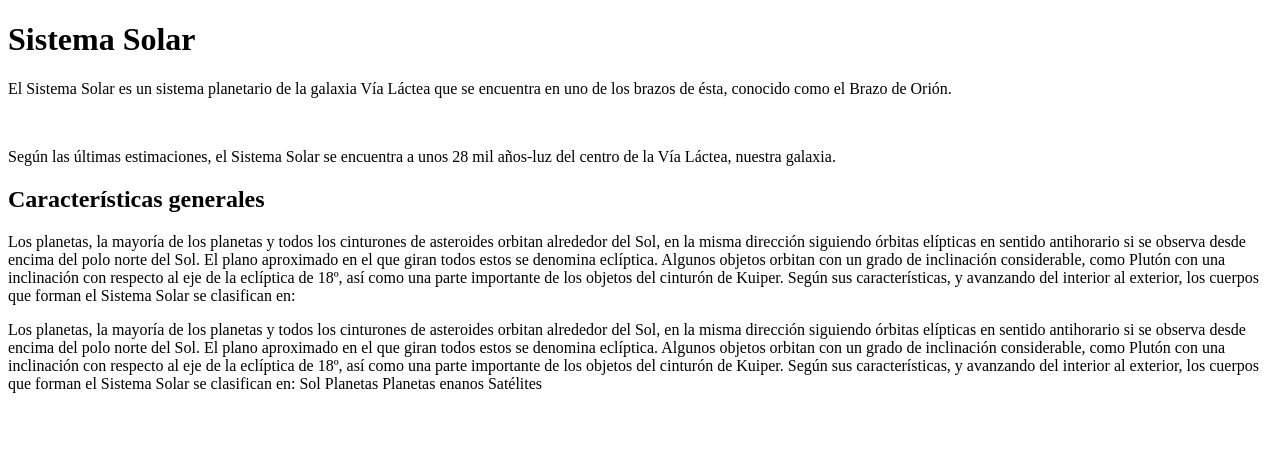
Repository: gustavomanfre/Curso_Front_End_Digitalers
Page: Unidad1/M1 - Laboratorio_02/index.html
An editor plug-in stored every save of this project. The page is shown before and after a run of saves, followed by the edit.
The browser window is 1280 px wide. The pictures show the whole page.

Above is the page before, as saved 2022-05-25 21:00:08.

### Unidad1/M1 - Laboratorio_02/index.html
<!DOCTYPE html>
<html lang="en">
<head>
    <meta charset="UTF-8">
    <meta http-equiv="X-UA-Compatible" content="IE=edge">
    <meta name="viewport" content="width=device-width, initial-scale=1.0">
    <title>Laboratorio2</title>
</head>
<body>
    <header>
        <h1>Sistema Solar</h1>
        <p>El Sistema Solar es un sistema planetario de la galaxia Vía Láctea que se encuentra en uno de los brazos de ésta, conocido como el Brazo de Orión. </p><br>
        <p>Según las últimas estimaciones, el Sistema Solar se encuentra a unos 28 mil años-luz del centro de la Vía Láctea, nuestra galaxia.</p>
    </header>

    <main>
        <h2>Características generales</h2>
        <section>
            <p>
                Los planetas, la mayoría de los planetas y todos los cinturones de asteroides orbitan alrededor del Sol, en la misma dirección
                siguiendo órbitas elípticas en sentido antihorario si se observa desde encima del polo norte del Sol.

                El plano aproximado en el que giran todos estos se denomina eclíptica. Algunos objetos orbitan con un grado de inclinación
                considerable, como Plutón con una inclinación con respecto al eje de la eclíptica de 18º, así como una parte importante de los
                objetos del cinturón de Kuiper. Según sus características, y avanzando del interior al exterior, los cuerpos que forman el Sistema
                Solar se clasifican en:
            </p>
        </section>

    </main>



Los planetas, la mayoría de los planetas y todos los cinturones de asteroides orbitan alrededor del Sol, en la misma dirección
siguiendo órbitas elípticas en sentido antihorario si se observa desde encima del polo norte del Sol.
El plano aproximado en el que giran todos estos se denomina eclíptica. Algunos objetos orbitan con un grado de inclinación
considerable, como Plutón con una inclinación con respecto al eje de la eclíptica de 18º, así como una parte importante de los
objetos del cinturón de Kuiper. Según sus características, y avanzando del interior al exterior, los cuerpos que forman el Sistema
Solar se clasifican en:
Sol
Planetas
Planetas enanos
Satélites


</body>
</html>

After the next 2 saves:
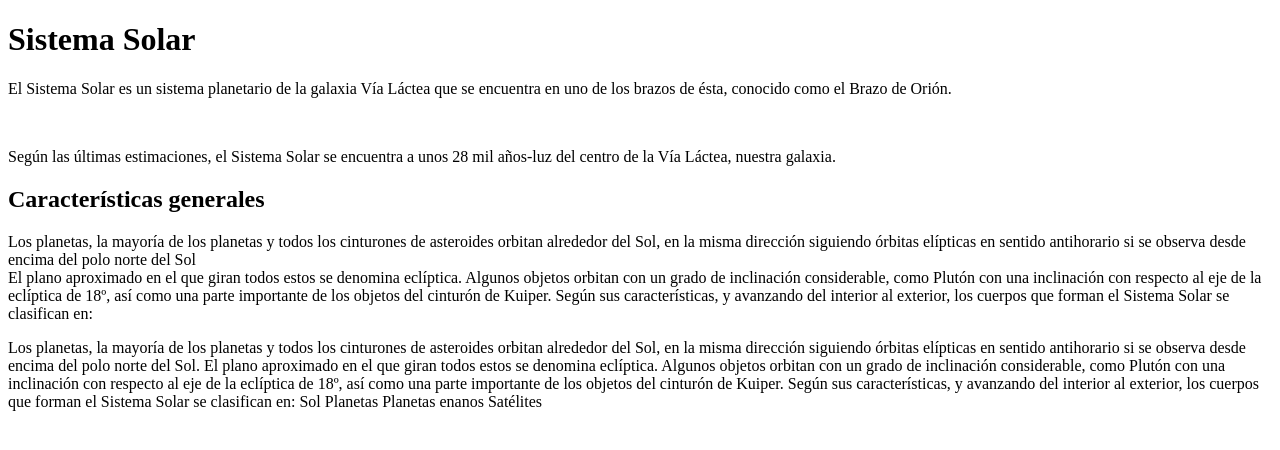
The 2 saves are shown as one change because they came seconds apart.
The last was saved 7 s later.
--- a/Unidad1/M1 - Laboratorio_02/index.html
+++ b/Unidad1/M1 - Laboratorio_02/index.html
@@ -18,7 +18,7 @@
         <section>
             <p>
                 Los planetas, la mayoría de los planetas y todos los cinturones de asteroides orbitan alrededor del Sol, en la misma dirección
-                siguiendo órbitas elípticas en sentido antihorario si se observa desde encima del polo norte del Sol.
+                siguiendo órbitas elípticas en sentido antihorario si se observa desde encima del polo norte del Sol <br>
 
                 El plano aproximado en el que giran todos estos se denomina eclíptica. Algunos objetos orbitan con un grado de inclinación
                 considerable, como Plutón con una inclinación con respecto al eje de la eclíptica de 18º, así como una parte importante de los
